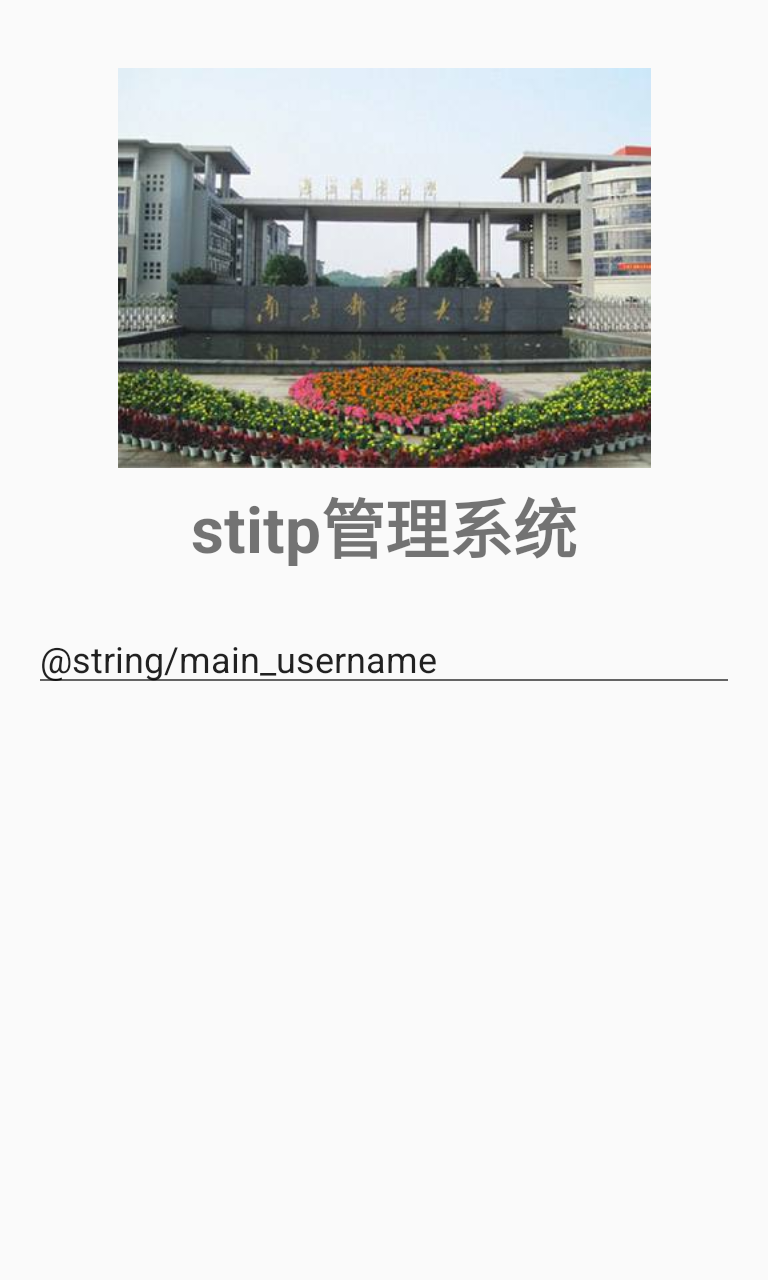
Repository: weizhaopeng/zhou_stitp
Layout: workspace/zhou/res/layout/fragment_main.xml
The author's editor kept a copy of each file at every save. The layout is drawn from the files as they stood at one save, then again after the next save.
It is drawn on a 768 x 1280 px phone screen (xhdpi) without system bars, with theme AppTheme; the app's code is not run.

Above is the layout before, as saved 2018-11-28 03:02:35.

After the next save:
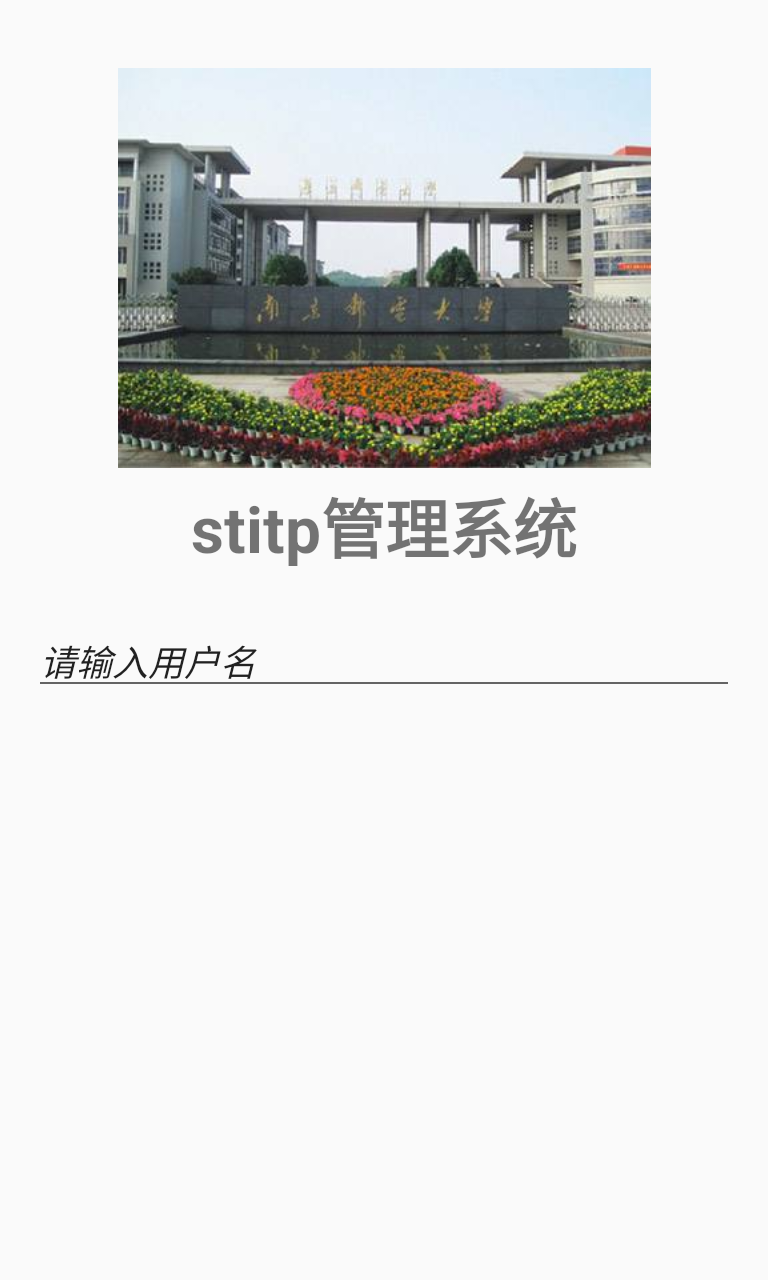
Saved 2 min 3 s later.
--- a/workspace/zhou/res/layout/fragment_main.xml
+++ b/workspace/zhou/res/layout/fragment_main.xml
@@ -42,8 +42,9 @@
 	        android:layout_marginTop="21dp"
 	        android:ems="10"
 
-	        android:text="@string/main_username
-	        ">
+	        android:text="@string/main_username"
+	        android:textStyle="italic"
+	        android:textColorHighlight="@android:color/darker_gray">
 
 	    </EditText>
 	</LinearLayout>
